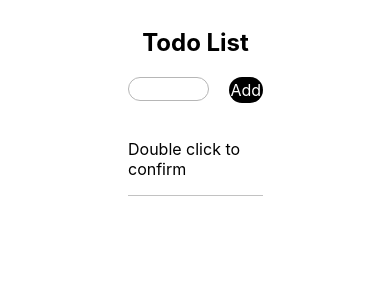
Repository: irenewuu/comp4130_checklist
Page: index.html
The author's editor kept a copy of each file at every save. The page is drawn from the files as they stood at one save, then again after the next save.
The browser window is 375 px wide. The page is 383 px wide, so the pictures cover 383 px, including what lies to the right of the window. The pictures show the whole page.

Above is the page before, as saved 2022-01-12 15:32:45.

After the next save:
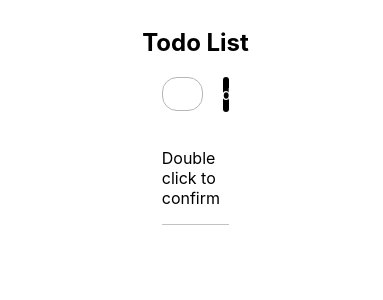
Saved 22 min 27 s later.
--- a/style.css
+++ b/style.css
@@ -117,7 +117,7 @@ ul li.checked::before {
 }
 
 @media only screen and (max-width: 600px) {
-  .input {
+  /* .input {
     width: 60%;
     display: flex;
     justify-content: center;
@@ -129,5 +129,9 @@ ul li.checked::before {
   .btn {
     width: 30%;
     height: 26px;
+  }*/
+
+  .main {
+    width: 30%;
   }
 }
